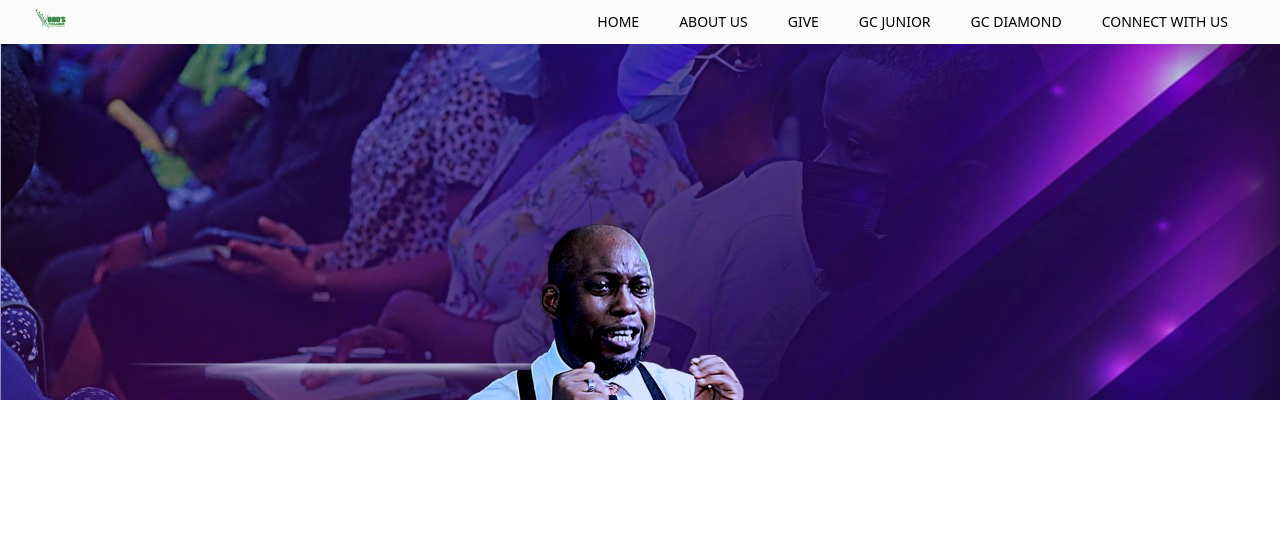
Repository: hisreal123/godschamber-church-main
Page: /
An editor plug-in stored every save of this project. The page is shown before and after the next save, followed by the edit.
The browser window is 1280 px wide. The pictures show the whole page.
The project was rebuilt for these pictures with package versions that can differ from the ones it lists, and the page was loaded fresh each time. The framework's server and built-in components were replaced by stand-ins that run in the browser. Also part of the build but not shown: next.config.js.

Above is the page before, as saved 2022-08-14 22:38:30.

After the next save:
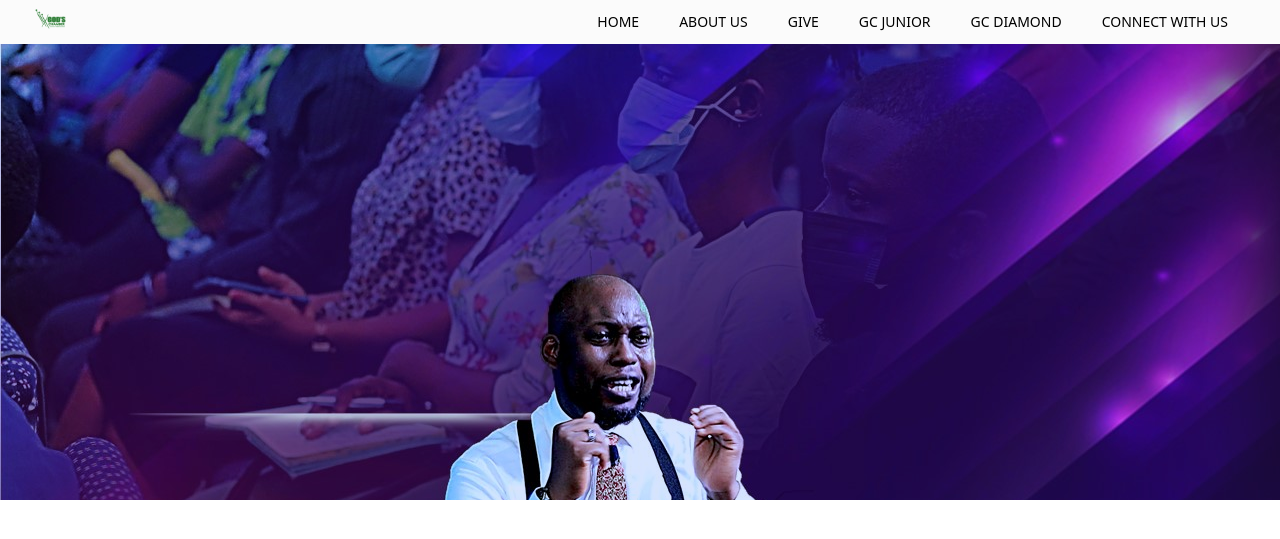
Saved 6 s later.
--- a/components/Banner.tsx
+++ b/components/Banner.tsx
@@ -2,7 +2,7 @@ import React from "react";
 
 const Banner = () => {
   return (
-    <div className=" bg-[url('/assets/Banner.jpg')] bg-no-repeat bg-center  bg-gray-500 bg-cover min-w-screen relative h-[400px] bg-blend-overlay	"></div>
+    <div className=" bg-[url('/assets/Banner.jpg')] bg-no-repeat bg-center  bg-gray-500 bg-cover min-w-screen relative h-[500px] bg-blend-overlay	"></div>
   );
 };
 
